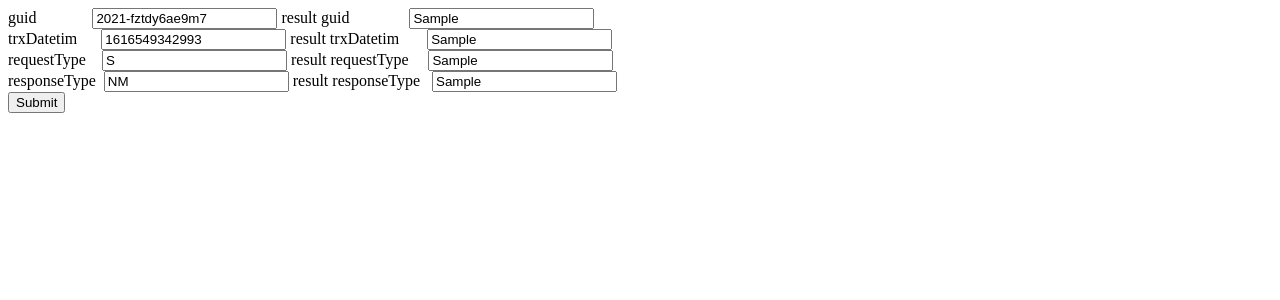
Repository: kchan75/kakaobank
Page: inserver/src/main/resources/static/index.html
These files come from the project's save history. The page is drawn as it stood at one moment and after the next save; the edit follows.
The browser window is 1280 px wide. The pictures show the whole page.
Empty fields were first filled with sample values (such as "Sample", 5 or name@example.com).
After loading, the first visible `#formElem` was submitted once.
The page's requests for data from a server got no answer.

Above is the page before, as saved 2021-03-24 03:59:02.

### inserver/src/main/resources/static/index.html
<html>
<head>
<title>test</title>
<script language="javascript">
	function setData(){
		  var time= new Date(); //시간받기위해서 new date
		  document.getElementById("trxDatetim").value=time.getTime();
		  document.getElementById("guid").value=time.getFullYear() + "-"+  Math.random().toString(36).substr(2,11);
		}
</script>
</head>

<body >
	<form id="formElem">
		<label> guid&nbsp; &nbsp; &nbsp; &nbsp; &nbsp;&nbsp; &nbsp;&nbsp; </label><input type="text" name="guid" id="guid" value="2021-fztdy6ae9m7">
		<label> result guid&nbsp;&nbsp;&nbsp;&nbsp;&nbsp;&nbsp; &nbsp; &nbsp; &nbsp;&nbsp;&nbsp;&nbsp;</label><input type="text" name="rGuid" id="rGuid" value="">
		<br/>
		<label> trxDatetim &nbsp; &nbsp;&nbsp; </label> <input type="text" name="trxDatetim" id="trxDatetim" value="1616549342993">
		<label> result trxDatetim &nbsp;&nbsp;&nbsp;&nbsp;&nbsp;</label> <input type="text" name="rTrxDatetim" id="rTrxDatetim" value="">
		<br/>
		<label> requestType&nbsp; &nbsp; </label> <input type="text" name="requestType" value="S">
		<label> result requestType &nbsp; &nbsp; </label> <input type="text" name="rRequestType" id="rRequestType" >
		<br/>
		<label> responseType&nbsp;  </label> <input type="text" name="responseType" value="NM">
		<label> result responseType &nbsp;  </label> <input type="text" name="rResponseType" id="rResponseType">
		<br/>
		<input type="submit" onclick="setData()">
	</form>
	<div id="send"></div>
	<div id="divCommon"></div>
	<div id="divBiz"></div>
</body>

<script>
    formElem.onsubmit = async (e) => {
      e.preventDefault();
      var form = document.querySelector("#formElem");
     // var form = document.forms[0];

        data = {
          "common":
          {
        	  guid : form.querySelector('input[name="guid"]').value,
        	  trxDatetim : form.querySelector('input[name="trxDatetim"]').value,
        	  requestType : form.querySelector('input[name="requestType"]').value,
        	  responseType : form.querySelector('input[name="responseType"]').value
          },
	      "biz":
	      {
	      	  service : "testService",
	      	  inputData : "INDATA",
	      	  outputData : "OUTDATA"
	      }
        }

        let response = fetch('http://localhost:8080/kchan', {
                method: 'POST', // or 'PUT'
                headers: {
                    'Content-Type': 'application/json',
                    'Access-Control-Allow-Origin':'*'
                },
                body: JSON.stringify(data),
        }).then(response => response.json())
          .then(data => {
        	  //document.querySelector("#div").innerHTML = data;
        	  //console.log(data.common.guid);
        	  //console.log(data.common.trxDatetim);
        	  //console.log(data.common.requestType);
        	  //console.log(data.common.responseType);
        	  document.getElementById("rGuid").value=data.common.guid
        	  document.getElementById("rTrxDatetim").value=data.common.trxDatetim
        	  document.getElementById("rRequestType").value=data.common.requestType
        	  document.getElementById("rResponseType").value=data.common.responseType
        	  document.querySelector("#divCommon").innerText=JSON.stringify(data.common)
        	  document.querySelector("#divBiz").innerText=JSON.stringify(data.biz)
          })

    };
</script>
</html>

After the next save:
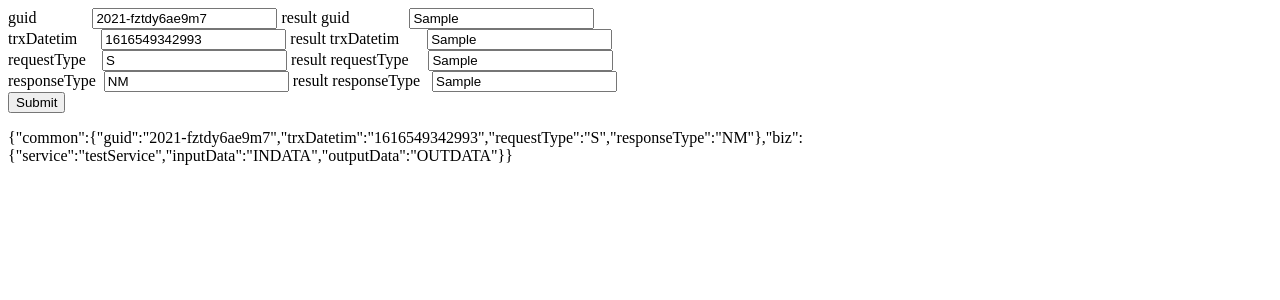
Saved 51 s later.
--- a/inserver/src/main/resources/static/index.html
+++ b/inserver/src/main/resources/static/index.html
@@ -37,6 +37,7 @@
       var form = document.querySelector("#formElem");
      // var form = document.forms[0];
 
+
         data = {
           "common":
           {
@@ -52,6 +53,7 @@
 	      	  outputData : "OUTDATA"
 	      }
         }
+		document.querySelector("#send").innerText=JSON.stringify(data)
 
         let response = fetch('http://localhost:8080/kchan', {
                 method: 'POST', // or 'PUT'
